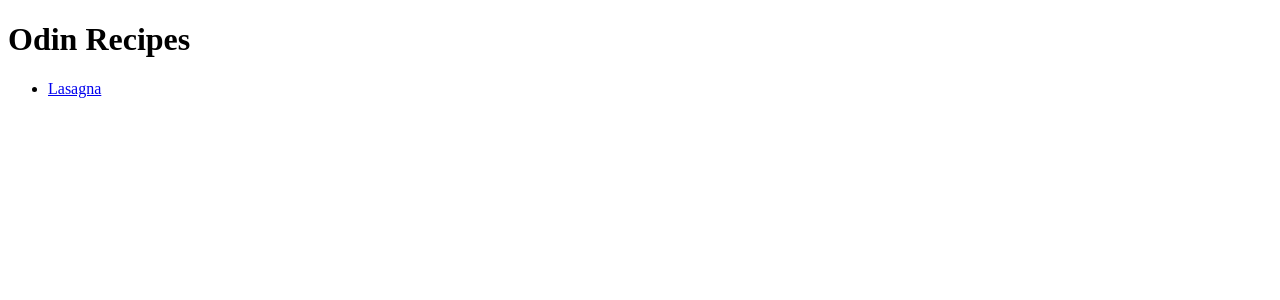
Repository: himanshubaliyan7/odin-recipes
Page: index.html
The author's editor kept a copy of each file at every save. The page is drawn from the files as they stood at one save, then again after the next save.
The browser window is 1280 px wide. The pictures show the whole page.

Above is the page before, as saved 2024-06-14 00:08:57.

### index.html
<!DOCTYPE html>
<html lang="en">
  <head>
    <meta charset="UTF-8" />
    <meta name="viewport" content="width=device-width, initial-scale=1.0" />
    <title>Odin Recipes</title>
  </head>
  <body>
    <h1>Odin Recipes</h1>
    <ul>
      <li>
        <a href="recipes/lasagna.html" target="_blank" rel="noopener noreferrer"
          >Lasagna</a
        >
      </li>
    </ul>
  </body>
</html>

After the next save:
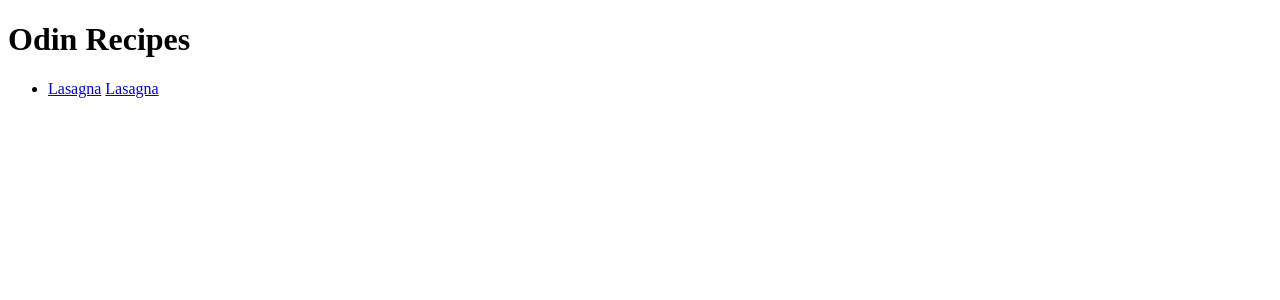
Saved 42 s later.
--- a/index.html
+++ b/index.html
@@ -12,6 +12,12 @@
         <a href="recipes/lasagna.html" target="_blank" rel="noopener noreferrer"
           >Lasagna</a
         >
+        <a
+          href="recipes/palakPaneer.html"
+          target="_blank"
+          rel="noopener noreferrer"
+          >Lasagna</a
+        >
       </li>
     </ul>
   </body>
